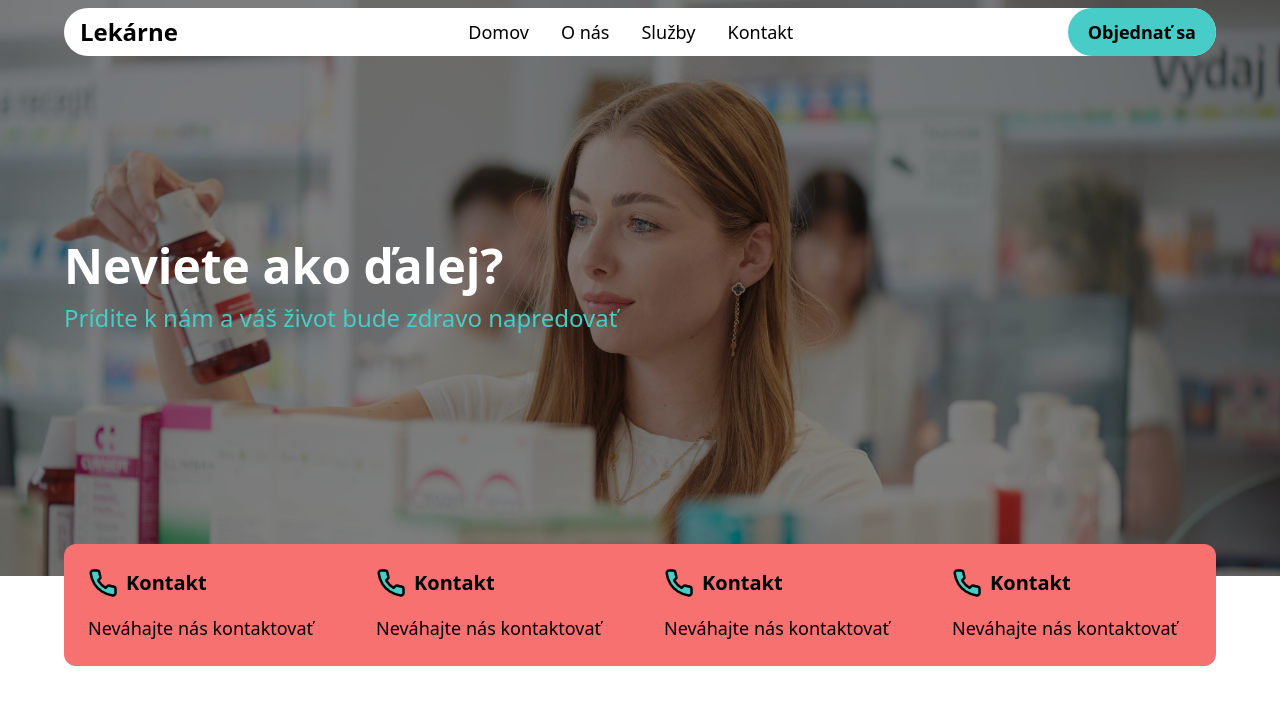
Repository: SimonSkoda13/Lekaren
Page: /
These files come from the project's save history. The page is drawn as it stood at one moment and after the next save; the edit follows.
The browser window is 1280 px wide. The pictures show the whole page.
The project was rebuilt for these pictures with package versions that can differ from the ones it lists, and the page was loaded fresh each time. The framework's server and built-in components were replaced by stand-ins that run in the browser. Also part of the build but not shown: next.config.js.

Above is the page before, as saved 2023-04-22 17:47:15.

After the next save:
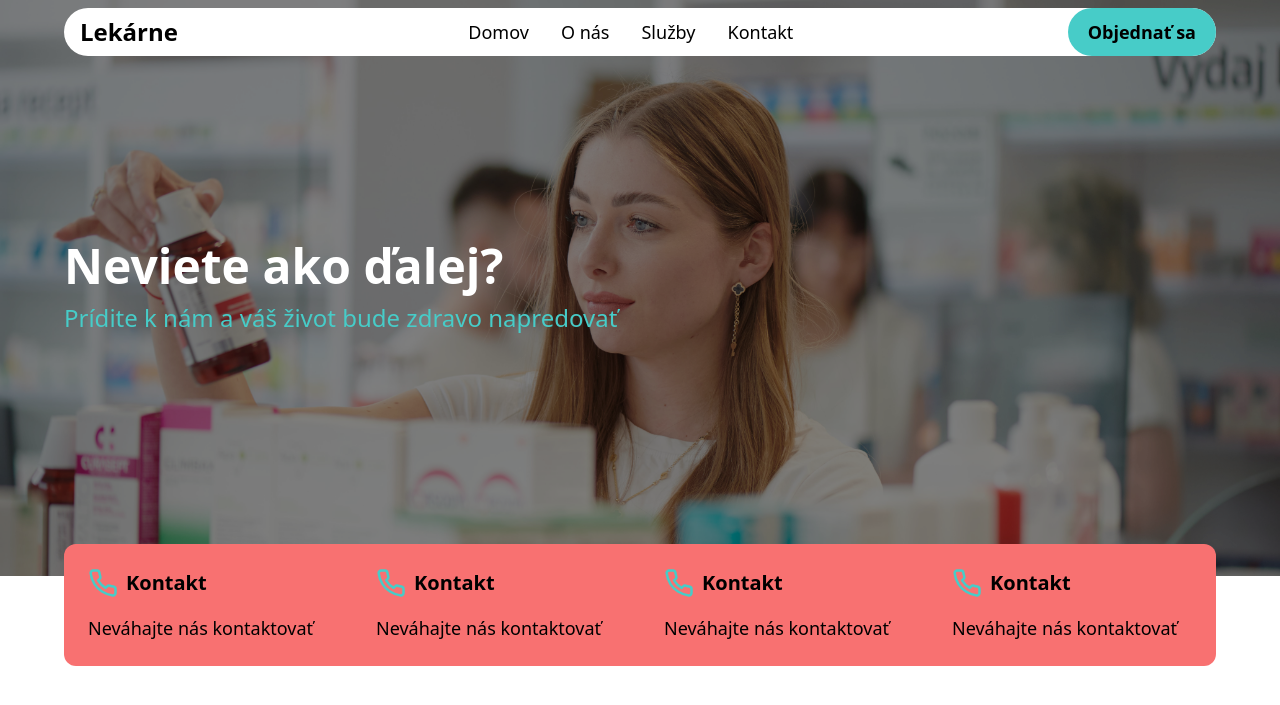
Saved 26 s later.
--- a/src/app/components/Contact/Contact.tsx
+++ b/src/app/components/Contact/Contact.tsx
@@ -24,7 +24,7 @@ export const Contact = (props: ContactProps) => {
             height={100}
           /> */}
             <div className="flex flex-row gap-2 items-center">
-              <Phone size={30} className="fill-primary" />
+              <Phone size={30} className="stroke-primary" />
               <h2 className="text-xl font-bold">{item.title}</h2>
             </div>
             <p className="text-lg font-medium">{item.description}</p>
